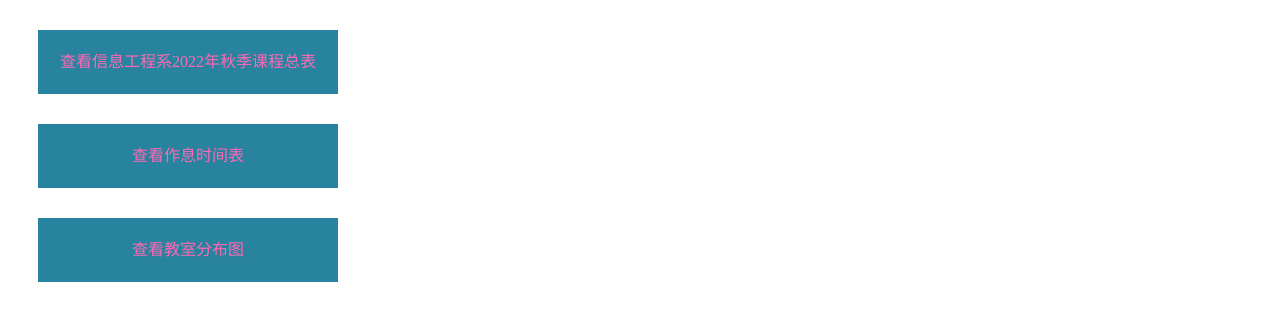
Repository: teacherlonglong/teacherlonglong.github.io
Page: index.html
These files come from the project's save history. The page is drawn as it stood at one moment and after the next save; the edit follows.
The browser window is 1280 px wide. The pictures show the whole page.

Above is the page before, as saved 2022-09-13 17:03:59.

After the next save:
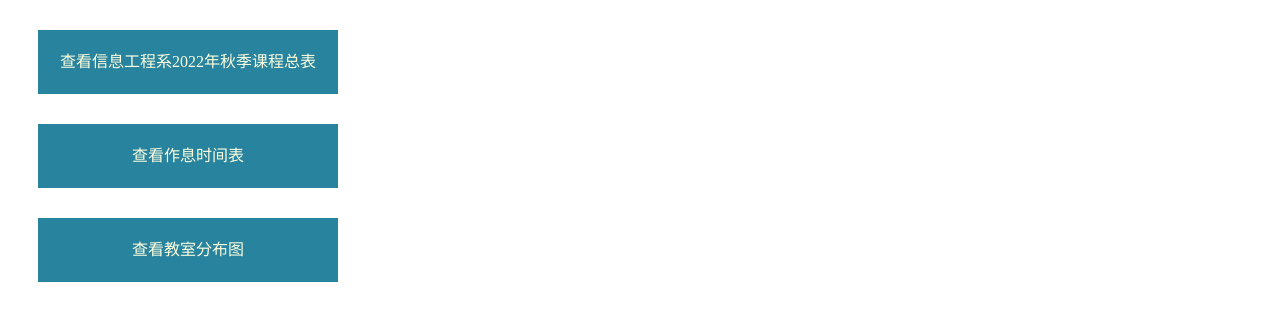
Saved 4 s later.
--- a/index.html
+++ b/index.html
@@ -12,7 +12,7 @@
             width: 300px;
             margin:30px;
             text-align: center;
-            color:hotpink;
+            color:#FEFEDF;
         }
     </style>
 </head>
